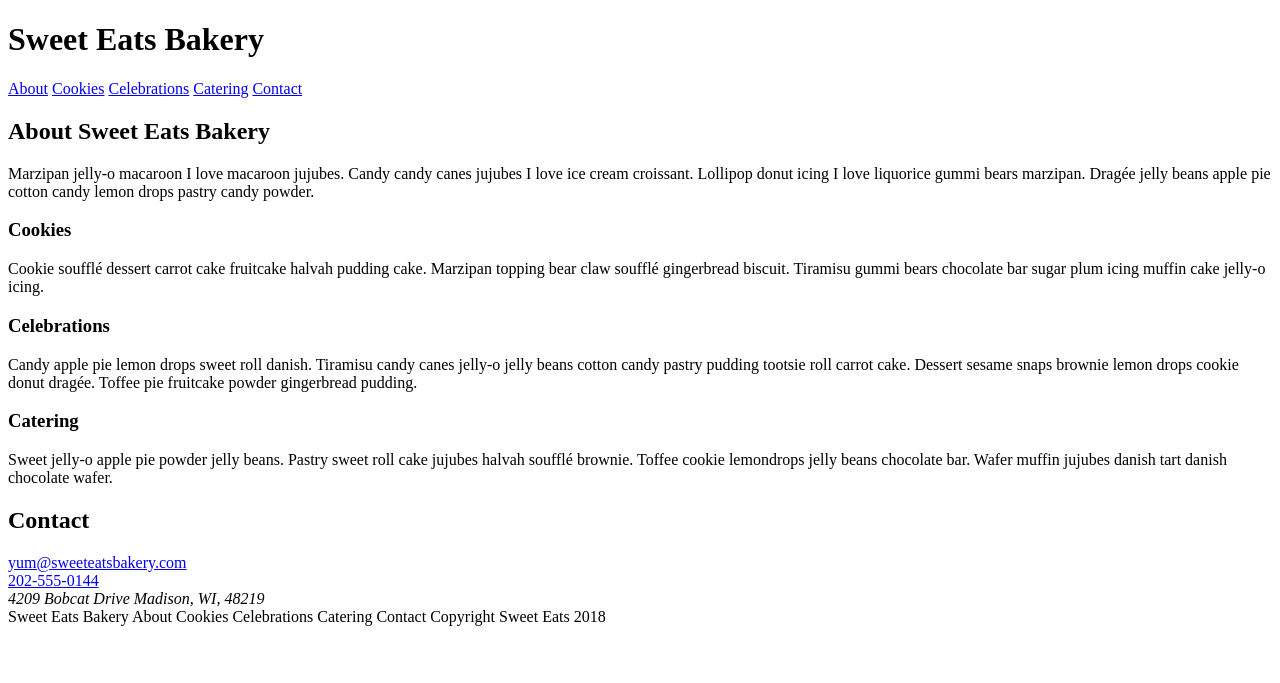
Repository: yoshimario/web-module-challenge-user-interface
Page: index.html
These files come from the project's save history. The page is drawn as it stood at one moment and after a run of saves; the edit follows.
The browser window is 1280 px wide. The pictures show the whole page.
Some web fonts or font styles are not loaded; a fallback is used.

Above is the page before, as saved 2023-05-15 00:28:10.

### index.html
<!DOCTYPE html>
<html lang="en">

<head>
<meta charset="UTF-8">
<!-- import your css file -->
<link href="https://fonts.googleapis.com/css?family=Gaegu|Roboto" rel="stylesheet">
<title>Sweet Eats Bakery</title>
</head>

<body>

<!-- company name -->
<h1>Sweet Eats Bakery</h1>

<!-- Navigation -->
<nav>
<a href="#">About</a>
<a href="#">Cookies</a>
<a href="#">Celebrations</a>
<a href="#">Catering</a>
<a href="#">Contact</a>
</nav>

</header>
<!-- Image https://tk-assets.lambdaschool.com/bcf76f62-2431-4c22-b466-2e711f3da2b9_ui-i-bakery-main-header.png -->

<!-- Marketing header -->
<section>
<h2>About Sweet Eats Bakery </h2>

<p>Marzipan jelly-o macaroon I love macaroon jujubes. Candy candy canes jujubes I love ice cream croissant. Lollipop
donut icing I love liquorice gummi bears marzipan. Dragée jelly beans apple pie cotton candy lemon drops pastry candy
powder.</p>
</section>
<!-- content -->

<!-- Image https://tk-assets.lambdaschool.com/7393a8fd-c8e5-4003-921f-79e0d546d02c_ui-i-bakery-cookies.png -->
<section>
    <h3>Cookies</h3>

Cookie soufflé dessert carrot cake fruitcake halvah pudding cake. Marzipan topping bear claw soufflé gingerbread
biscuit. Tiramisu gummi bears chocolate bar sugar plum icing muffin cake jelly-o icing.

<!-- Image https://tk-assets.lambdaschool.com/297378d6-9c89-430f-9d2e-46ae3d5edce8_ui-i-bakery-cupcake-i.png -->
<h3>Celebrations</h3>

<p>Candy apple pie lemon drops sweet roll danish. Tiramisu candy canes jelly-o jelly beans cotton candy pastry pudding
tootsie roll carrot cake. Dessert sesame snaps brownie lemon drops cookie donut dragée. Toffee pie fruitcake powder
gingerbread pudding.</p>

    <!-- Image https://tk-assets.lambdaschool.com/ab0cb095-5900-476c-b042-aea065d3dbbf_ui-i-bakery-celebrate.png -->
<h3>Catering</h3>

<p>Sweet jelly-o apple pie powder jelly beans. Pastry sweet roll cake jujubes halvah soufflé brownie. Toffee cookie
lemondrops jelly beans chocolate bar. Wafer muffin jujubes danish tart danish chocolate wafer.</p>
</section>
<section>
<h2>Contact</h2>

<a href="mailto:yum@sweeteatsbakery.com">yum@sweeteatsbakery.com</a><br>
<a href="tel:202-555-0144">202-555-0144</a><br>
<address>4209 Bobcat Drive
Madison, WI, 48219</address>
</section>
<!-- footer -->
Sweet Eats Bakery

About
Cookies
Celebrations
Catering
Contact

Copyright Sweet Eats 2018
</body>

</html>

After the next 2 saves:
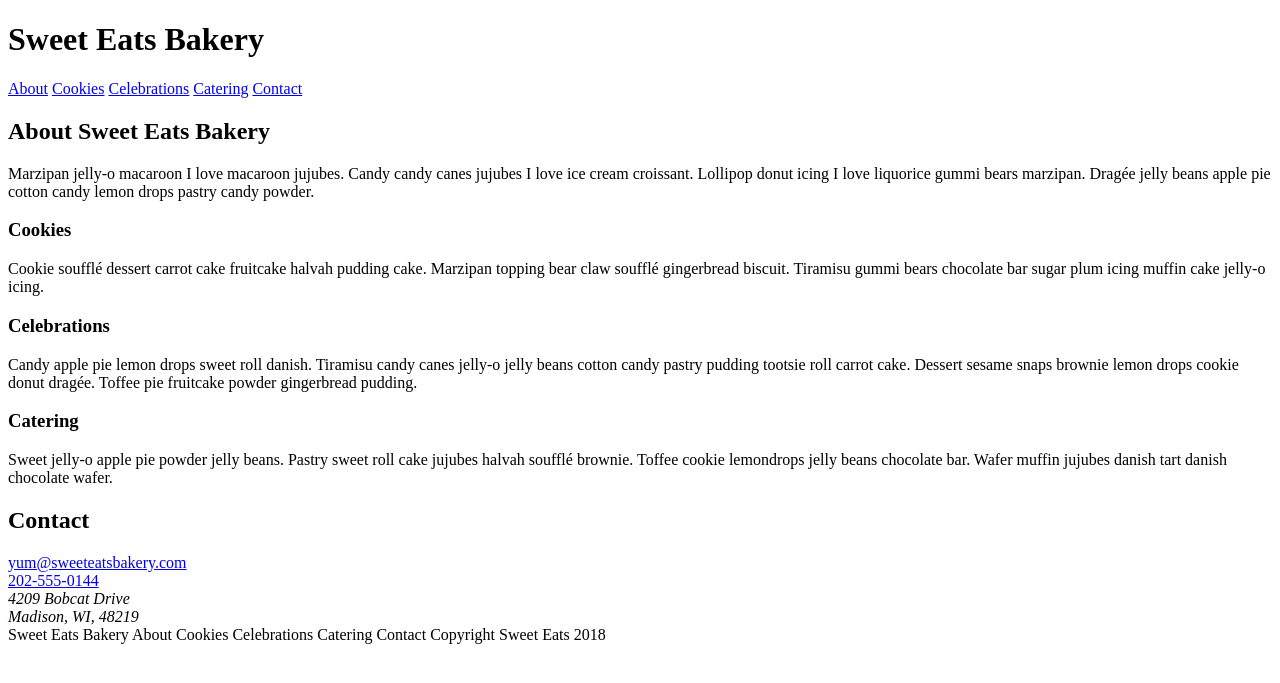
The 2 saves are shown as one change because they came seconds apart.
The last was saved 30 s later.
--- a/index.html
+++ b/index.html
@@ -60,7 +60,7 @@ lemondrops jelly beans chocolate bar. Wafer muffin jujubes danish tart danish ch
 
 <a href="mailto:yum@sweeteatsbakery.com">yum@sweeteatsbakery.com</a><br>
 <a href="tel:202-555-0144">202-555-0144</a><br>
-<address>4209 Bobcat Drive
+<address>4209 Bobcat Drive<br>
 Madison, WI, 48219</address>
 </section>
 <!-- footer -->
